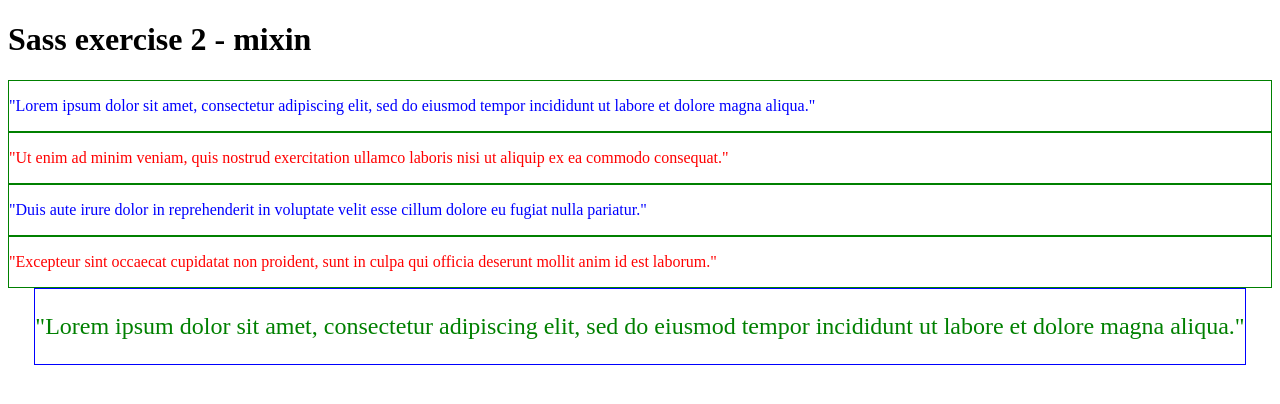
Repository: tr2cky/sass3
Page: index.html
These files come from the project's save history. The page is drawn as it stood at one moment and after a run of saves; the edit follows.
The browser window is 1280 px wide. The pictures show the whole page.

Above is the page before, as saved 2022-10-15 14:39:29.

After the next 6 saves:
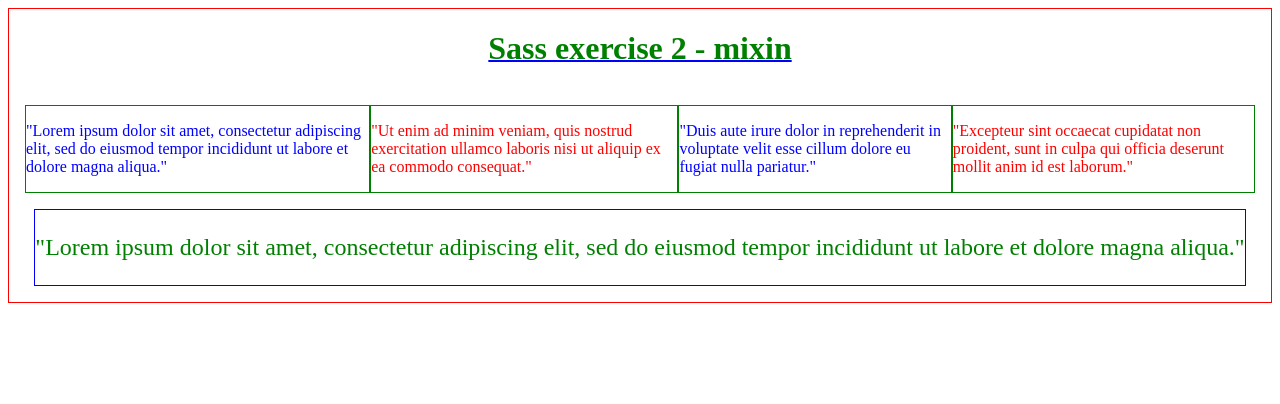
The 6 saves are shown as one change because they came seconds apart.
The last was saved 19 h 6 min later.
--- a/index.html
+++ b/index.html
@@ -5,7 +5,7 @@
         <link rel="stylesheet" href="./style.css">
     </head>
     <body>
-        <div>
+        <div class="exercise">
             <h1>Sass exercise 2 - mixin</h1>
             <section>
                 <article>
